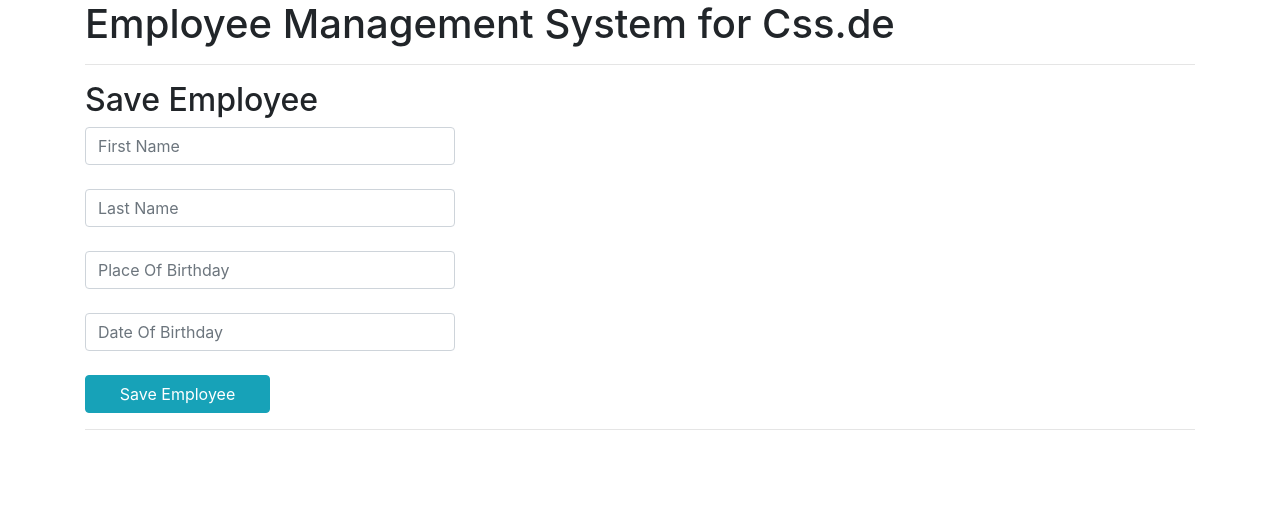
Repository: Len2/Topic4
Page: src/main/resources/templates/newIdCard.html
These files come from the project's save history. The page is drawn as it stood at one moment and after a run of saves; the edit follows.
The browser window is 1280 px wide. The pictures show the whole page.

Above is the page before, as saved 2020-09-06 17:42:40.

### src/main/resources/templates/newIdCard.html
<!DOCTYPE html>
<html lang="en" xmlns:th="http://www.thymeleaf.org">
<head>
<meta charset="ISO-8859-1">
<title>Employee Management System for Css.de</title>
<link rel="stylesheet"
	href="https://stackpath.bootstrapcdn.com/bootstrap/4.1.3/css/bootstrap.min.css"
	integrity="sha384-MCw98/SFnGE8fJT3GXwEOngsV7Zt27NXFoaoApmYm81iuXoPkFOJwJ8ERdknLPMO"
	crossorigin="anonymous">
</head>
<body>
	<div class="container">
		<h1>Employee Management System for Css.de</h1>
		<hr>
		<h2>Save Employee</h2>

		<form action="#" th:action="@{/saveIdCard}" th:object="${identity_card}"
            method="POST">

            <!-- <input type="text" th:field="*{id}" /> -->
			<input type="text" th:field="*{firstName}"
            placeholder="First Name" class="form-control mb-4 col-4">

            <input type="text" th:field="*{lastName}"
            placeholder="Last Name" class="form-control mb-4 col-4">

            <input type="text" th:field="*{placeOfBirthday}"
            placeholder="Place Of Birthday" class="form-control mb-4 col-4">

            <input type="datetime" th:field="*{dateOfBirthday}"
            placeholder="Date Of Birthday" class="form-control mb-4 col-4">

				<button type="submit" class="btn btn-info col-2"> Save Employee</button>
		</form>

		<hr>

		<!-- <a th:href = "@{/}"> Back to Employee List</a> -->
	</div>
</body>
</html>

After the next 2 saves:
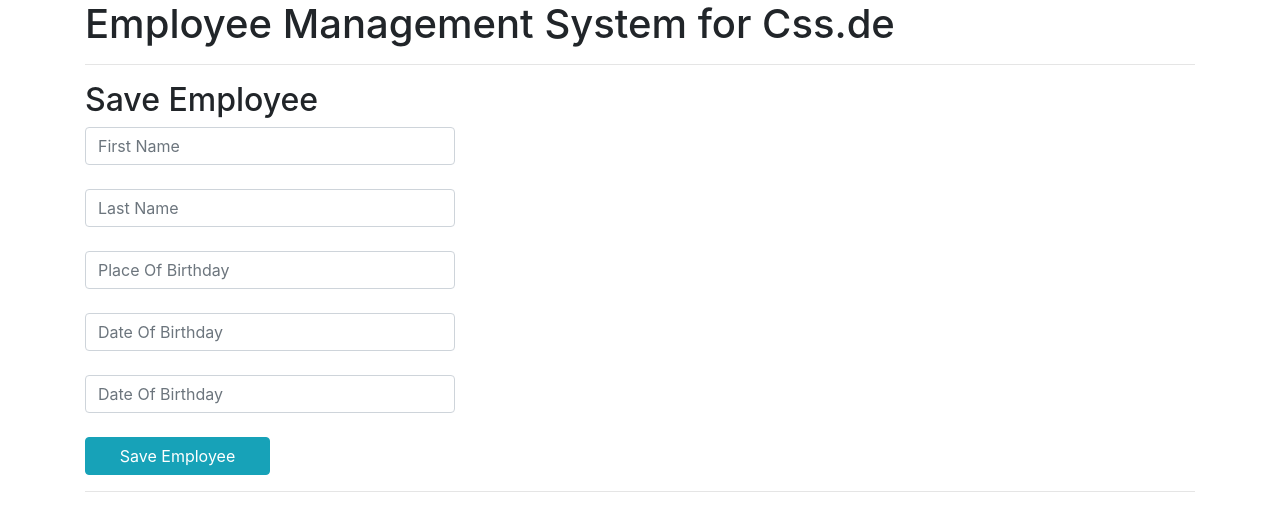
The 2 saves are shown as one change because they came seconds apart.
The last was saved 46 s later.
--- a/src/main/resources/templates/newIdCard.html
+++ b/src/main/resources/templates/newIdCard.html
@@ -30,6 +30,9 @@
             <input type="datetime" th:field="*{dateOfBirthday}"
             placeholder="Date Of Birthday" class="form-control mb-4 col-4">
 
+            <input type="datetime" th:field="*{dateOfBirthday}"
+            placeholder="Date Of Birthday" class="form-control mb-4 col-4">
+
 				<button type="submit" class="btn btn-info col-2"> Save Employee</button>
 		</form>
 
